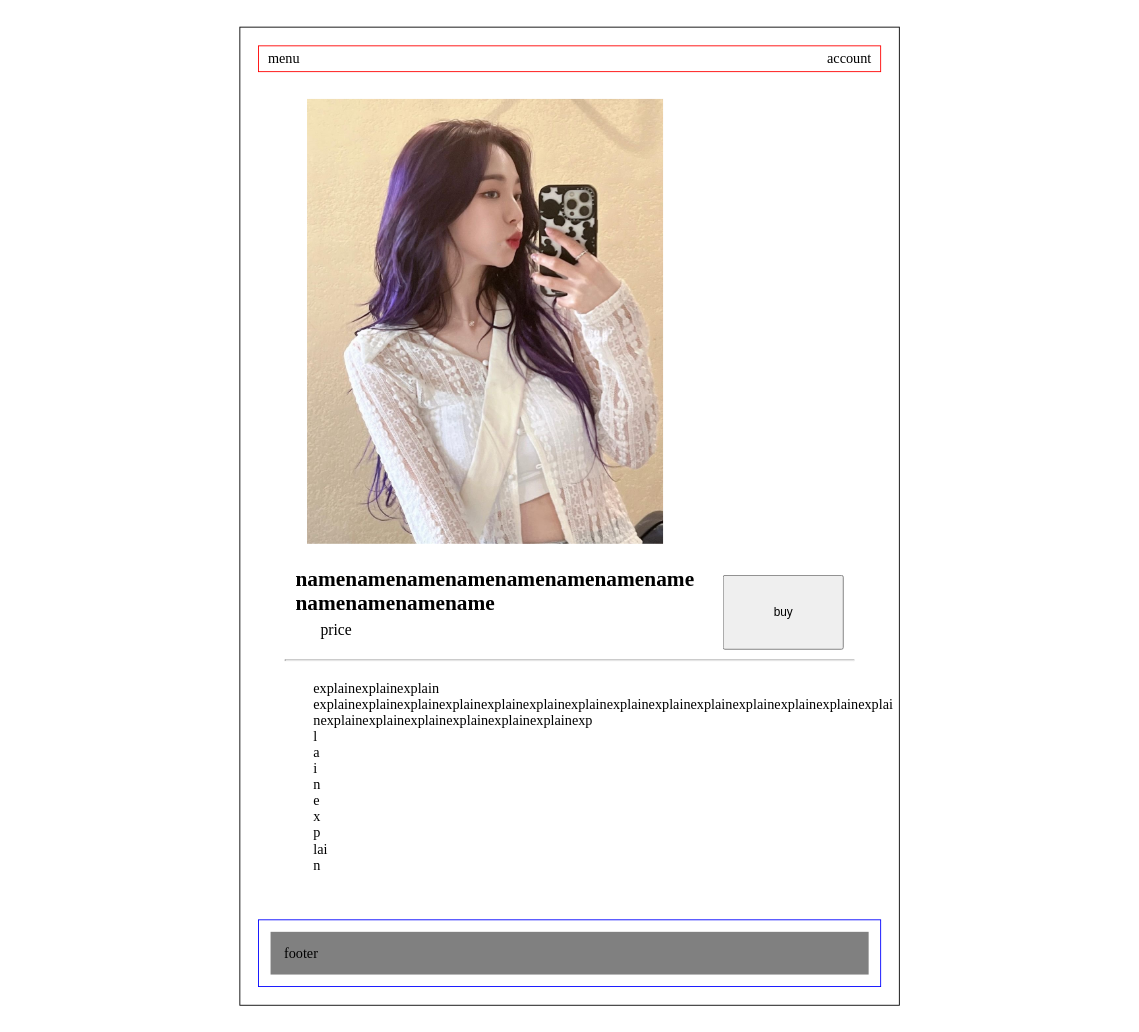
Repository: dongwoon1/cal
Page: http://localhost/calDWC/view.jsp
These files come from the project's save history. The page is drawn as it stood at one moment and after the next save; the edit follows.
The browser window is 1280 px wide. The pictures show the whole page, at 89% of full size.
The page is served by Tomcat 9.

Above is the page before, as saved 2025-03-20 04:20:33.

After the next save:
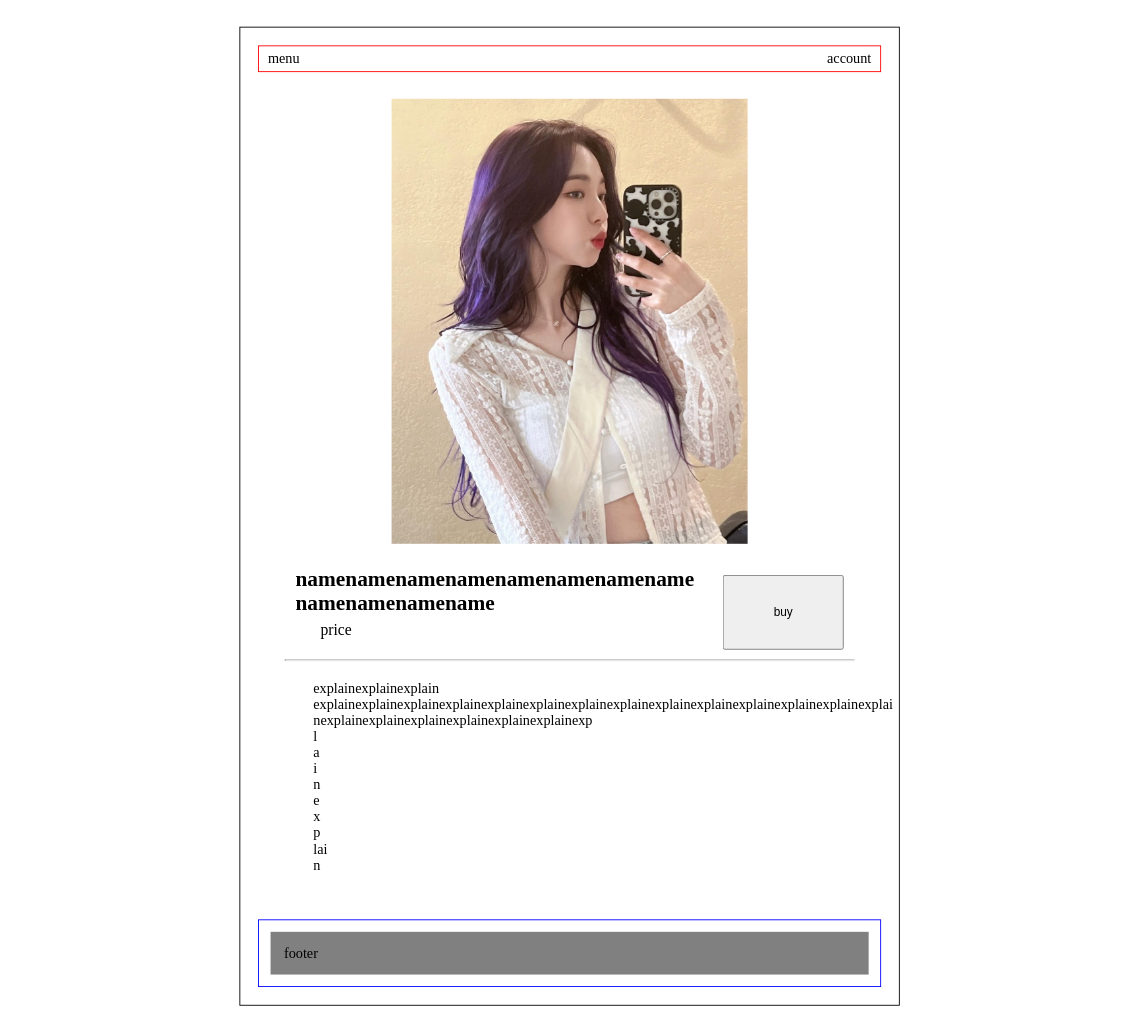
Saved 56 s later.
--- a/calProject/calDWC/src/main/webapp/css/view.css
+++ b/calProject/calDWC/src/main/webapp/css/view.css
@@ -7,7 +7,7 @@
 .img-box{
     text-align: center;
     width:450px;
-    overflow: hidden;
+    margin:auto;
 }
 
 img{
